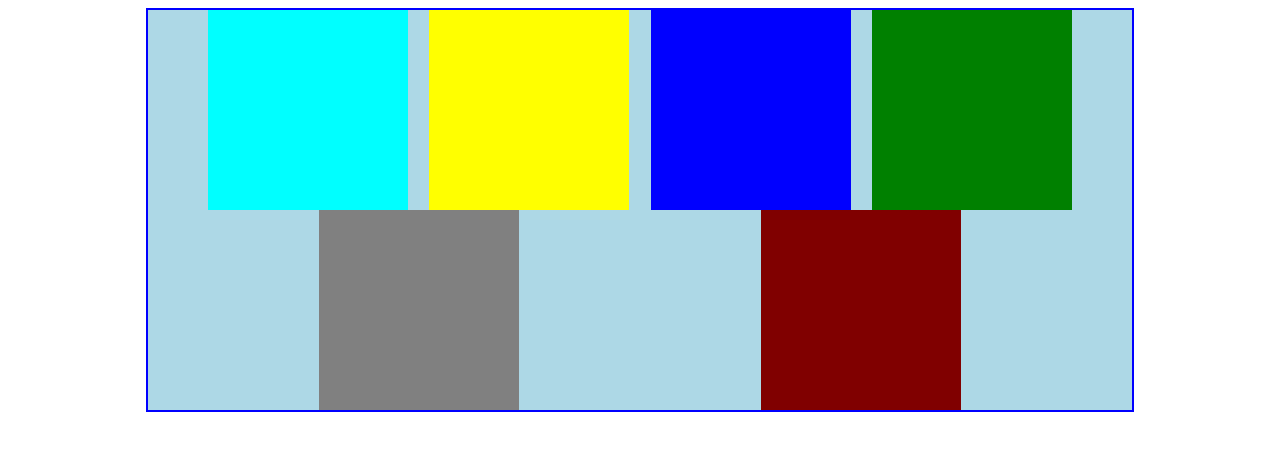
Repository: Sayan-100/Javascript
Page: PR4/index.html
An editor plug-in stored every save of this project. The page is shown before and after the next save, followed by the edit.
The browser window is 1280 px wide. The pictures show the whole page.

Above is the page before, as saved 2022-01-10 12:53:21.

After the next save:
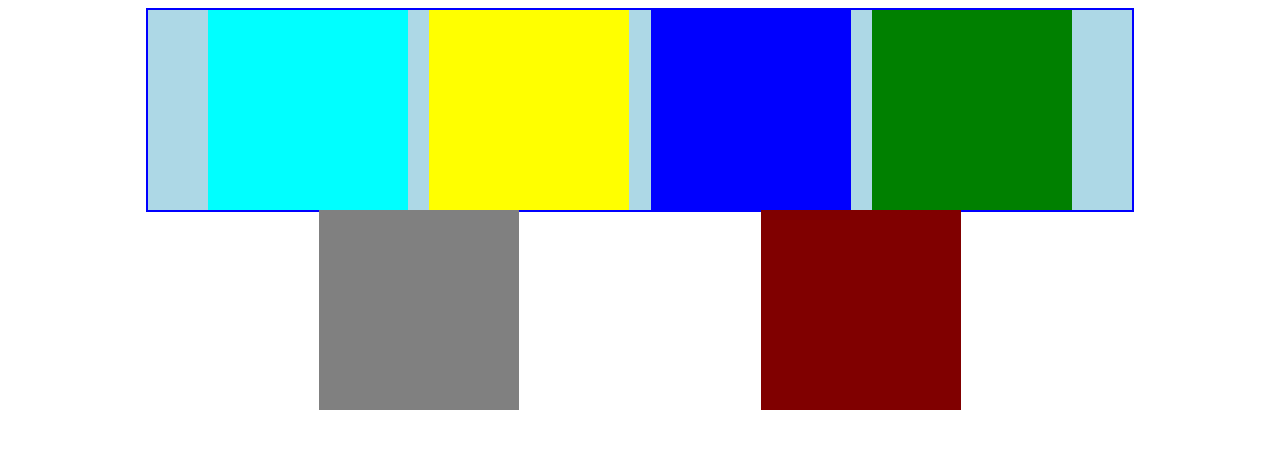
Saved 29 s later.
--- a/PR4/style.css
+++ b/PR4/style.css
@@ -35,7 +35,7 @@
 
 #container {
     display: flex;
-    height: 400px;
+    height: 200px;
     width: 70%;
     justify-content: space-around;
     background-color: lightblue;

After the 3 saves that followed:
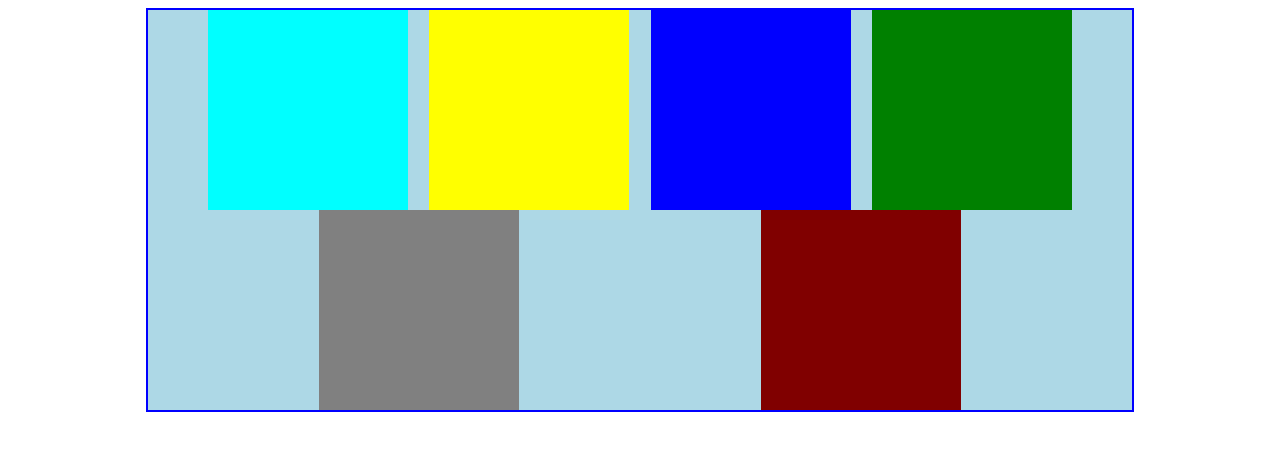
The 3 saves are shown as one change because 2 left the picture as it was.
The last was saved 2 min 52 s later.
--- a/PR4/style.css
+++ b/PR4/style.css
@@ -31,15 +31,16 @@
     display: flex;
     flex-direction: column;
     align-items: center;
+    width: 100%;
 }
 
 #container {
     display: flex;
-    height: 200px;
+    flex-wrap: wrap;
+    height: 400px;
     width: 70%;
     justify-content: space-around;
     background-color: lightblue;
-    flex-wrap: wrap;
     padding: 0 50px;
     border: 2px solid blue;
 }
